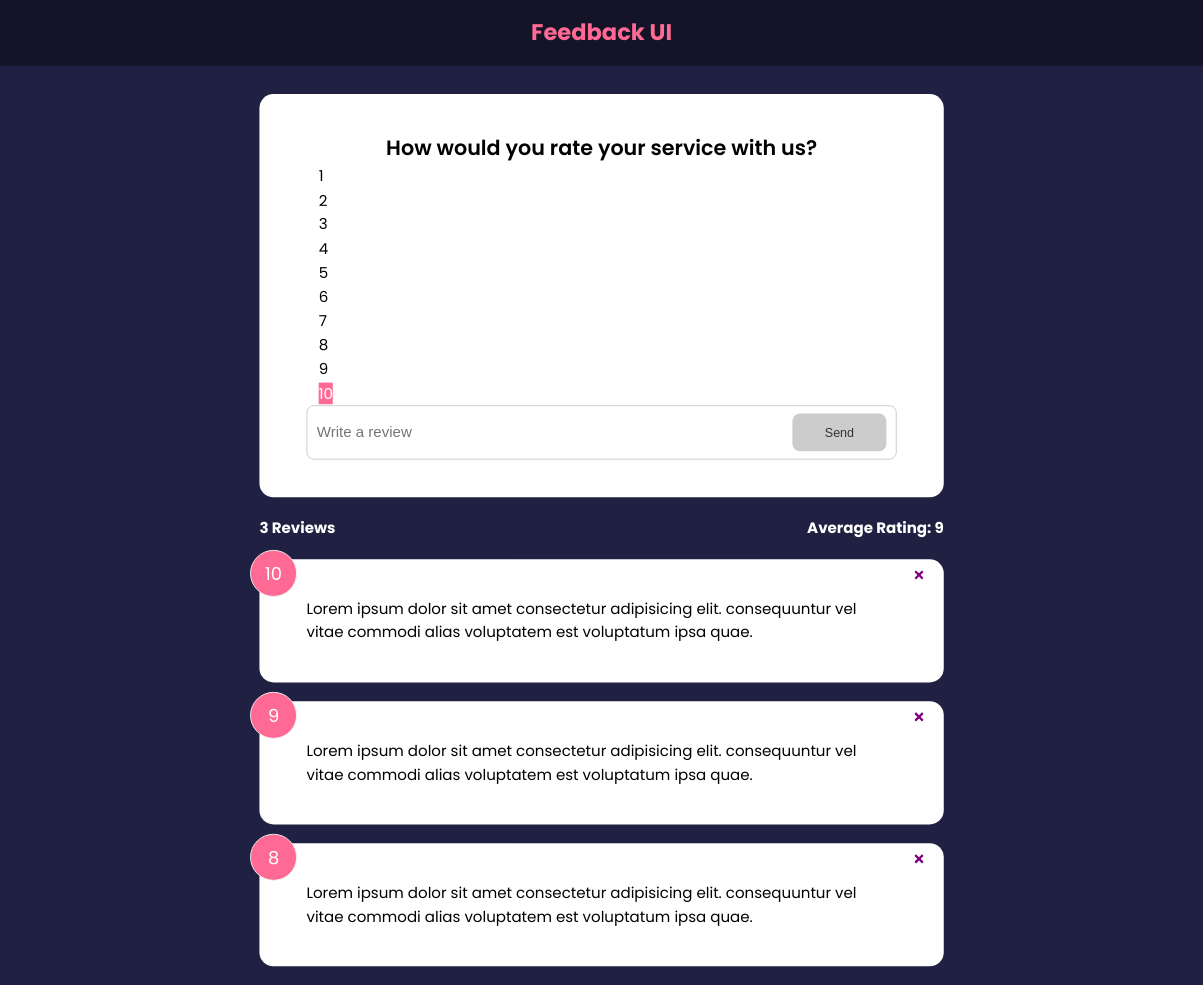
Repository: minhtien9/Feedback_App
Page: /
An editor plug-in stored every save of this project. The page is shown before and after the next save, followed by the edit.
The browser window is 1280 px wide. The pictures show the whole page, at 94% of full size.
The project was rebuilt for these pictures with package versions that can differ from the ones it lists, and the page was loaded fresh each time.

Above is the page before, as saved 2022-02-18 15:23:01.

### src/index.css
@import url('https://fonts.googleapis.com/css2?family=Poppins:wght@400;600;700&display=swap');

* {
    box-sizing: border-box;
    margin: 0;
    padding: 0;
}

body {
    font-family: 'Poppins', sans-serif;
    background-color: #202142;
    color: #fff;
    line-height: 1.6;
}

ul {
    list-style: none;
}

.container {
    max-width: 768px;
    margin: auto;
    padding: 0 20px;
}

header {
    height: 70px;
    width: 100%;
    display: flex;
    justify-content: space-between;
    align-items: center;
    margin-bottom: 30px;
}

.card {
    background-color: #fff;
    color: #333;
    border-radius: 15px;
    padding: 40px 50px;
    margin: 20px 0;
    position: relative;
}

.card.reverse {
    background-color: rgba(0, 0, 0, 0.4);
    color: #fff;
}

.card h2 {
    font-size: 22px;
    font-weight: 600;
    text-align: center;
}

.rating {
    display: flex;
    align-items: center;
    justify-content: space-around;
    margin: 30px 0 40px;
}

.rating li,
.num-display {
    position: relative;
    background: #f4f4f4;
    width: 50px;
    height: 50px;
    padding: 10px;
    text-align: center;
    border-radius: 50%;
    font-size: 19px;
    border: 1px #eee solid;
    transition: 0.3s;
}

.rating li label {
    position: absolute;
    top: 50%;
    left: 50%;
    width: 50px;
    height: 50px;
    padding: 10px;
    border-radius: 50%;
    transform: translate(-50%, -50%);
    cursor: pointer;
}

.rating li:hover,
.num-display {
    background: #ff6a95;
    color: #fff;
}

[type='radio'] {
    opacity: 0;
}

[type='radio']:checked ~ label {
    background: #ff6a95;
    color: #fff;
}

.input-group {
    display: flex;
    flex-direction: row;
    border: 1px solid #ccc;
    padding: 8px 10px;
    border-radius: 8px;
}

input {
    flex-grow: 2;
    border: none;
    font-size: 16px;
}

input:focus {
    outline: none;
}

.feedback-stats {
    color: #fff;
    display: flex;
    justify-content: space-between;
    align-items: center;
}

.num-display {
    position: absolute;
    top: -10px;
    left: -10px;
}

.close,
.edit {
    position: absolute;
    top: 10px;
    right: 20px;
    cursor: pointer;
    background: none;
    border: none;
}

.edit {
    right: 40px;
}

.btn {
    color: #fff;
    border: 0;
    border-radius: 8px;
    color: #fff;
    width: 100px;
    height: 40px;
    cursor: pointer;
}

.btn-primary {
    background-color: #202142;
}

.btn-secondary {
    background: #ff6a95;
}

.btn:hover {
    transform: scale(0.98);
    opacity: 0.9;
}

.btn:disabled {
    background-color: #cccccc;
    color: #333;
    cursor: auto;
}

.btn:disabled:hover {
    transform: scale(1);
    opacity: 1;
}

.message {
    padding-top: 10px;
    text-align: center;
    color: rebeccapurple;
}

/* FIX: Remove position: absolute to keep about icon at the bottom of the
 * document */
.about-link {
    display: flex;
    justify-content: flex-end;
}

/* FIX: Remove position: absolute to keep about icon at the bottom of the
 * document */
.about-link a {
    color: #fff;
    cursor: pointer;
}

.about-link a:hover {
    color: #ff6a95;
}

.about h1 {
    margin-bottom: 20px;
}

.about p {
    margin: 10px 0;
}

@media (max-width: 600px) {
    .rating li {
        margin: 10px 3px;
    }

    .rating {
        display: flex;
        align-items: center;
        justify-content: center;
        flex-wrap: wrap;
        margin: 30px 0 40px;
    }

    .input-group input {
        width: 80%;
    }
}

### src/App.js
import Header from './components/Header'

import FeedbackData from './data/FeedbackData'
import FeedbackList from './components/FeedbackList'

import { useState } from 'react'
import FeedbackStats from './components/FeedbackStats'
import FeedbackForm from './components/FeedbackForm'

function App() {
    const [feedback, setFeedback] = useState(FeedbackData)

    const deleteFeedback = (id) => {
        if (window.confirm('Are you sure you want to delete?')) {
            setFeedback(feedback.filter((item) => item.id !== id))
        }
    }
    return (
        <div className='App'>
            <Header />
            <div className='container'>
                <FeedbackForm />
                <FeedbackStats feedback={feedback} />
                <FeedbackList
                    feedback={feedback}
                    handeDelete={deleteFeedback}
                />
            </div>
        </div>
    )
}

export default App

### src/components/Header.jsx
import React from 'react'
import PropTypes from 'prop-types'

Header.propTypes = {
    text: PropTypes.string,
    bgColor: PropTypes.string,
    textColor: PropTypes.string,
}

Header.defaultProps = {
    text: 'Feedback UI',
    bgColor: 'rgba(0,0,0,0.4)',
    textColor: '#ff6a95',
}

function Header({ text, bgColor, textColor }) {
    const headerStyles = { background: bgColor, color: textColor }
    return (
        <header style={headerStyles}>
            <div className='container'>
                <h2>{text}</h2>
            </div>
        </header>
    )
}

export default Header

### src/data/FeedbackData.js
const FeedbackData = [
    {
        id: 1,
        rating: 10,
        text: 'Lorem ipsum dolor sit amet consectetur adipisicing elit. consequuntur vel vitae commodi alias voluptatem est voluptatum ipsa quae.',
    },
    {
        id: 2,
        rating: 9,
        text: 'Lorem ipsum dolor sit amet consectetur adipisicing elit. consequuntur vel vitae commodi alias voluptatem est voluptatum ipsa quae.',
    },
    {
        id: 3,
        rating: 8,
        text: 'Lorem ipsum dolor sit amet consectetur adipisicing elit. consequuntur vel vitae commodi alias voluptatem est voluptatum ipsa quae.',
    },
]

export default FeedbackData

### src/components/FeedbackList.jsx
import PropTypes from 'prop-types'
import FeedbackItem from './FeedbackItem'

FeedbackList.propTypes = {
    feedback: PropTypes.arrayOf(
        PropTypes.shape({
            id: PropTypes.number.isRequired,
            text: PropTypes.string.isRequired,
            rating: PropTypes.number.isRequired,
        })
    ),
}

function FeedbackList({ feedback, handeDelete }) {
    if (!feedback || feedback.length === 0) return <p>No Feedback Yet</p>
    return (
        <div className='feedback-list'>
            {feedback.map((item) => (
                <FeedbackItem
                    key={item.id}
                    item={item}
                    handeDelete={handeDelete}
                />
            ))}
        </div>
    )
}

export default FeedbackList

### src/components/FeedbackStats.jsx
import React from 'react'
import PropTypes from 'prop-types'

FeedbackStats.propTypes = {
    feedback: PropTypes.array.isRequired,
}

function FeedbackStats({ feedback }) {
    let average =
        feedback.reduce((acc, cur) => {
            return acc + cur.rating
        }, 0) / feedback.length

    average = average.toFixed(1).replace(/[.,]0$/, '')
    return (
        <div className='feedback-stats'>
            <h4>{feedback.length} Reviews</h4>
            <h4>Average Rating: {isNaN(average) ? 0 : average}</h4>
        </div>
    )
}

export default FeedbackStats

### src/components/FeedbackForm.jsx
import { useState } from 'react'
import Button from './UI/Button'
import Card from './UI/Card'
import RatingSelect from './RatingSelect'

FeedbackForm.propTypes = {}

function FeedbackForm(props) {
    const [text, setText] = useState('')
    const [btnDisabled, setBtnDisabled] = useState(true)
    const [message, setMessage] = useState('')

    const handleTextChange = (e) => {
        if (text === '') {
            setBtnDisabled(true)
            setMessage(null)
        } else if (text !== '' && text.trim().length <= 10) {
            setMessage('Text must be at least 10 characters')
            setBtnDisabled(true)
        } else {
            setBtnDisabled(false)
            setMessage(null)
        }
        setText(e.target.value)
    }
    return (
        <Card>
            <form>
                <h2>How would you rate your service with us?</h2>

                <RatingSelect />
                <div className='input-group'>
                    <input
                        onChange={handleTextChange}
                        type='text'
                        placeholder='Write a review'
                        value={text}
                    />
                    <Button type='submit' isDisabled={btnDisabled}>
                        Send
                    </Button>
                </div>
                {message && <div className='message'>{message}</div>}
            </form>
        </Card>
    )
}

export default FeedbackForm

### src/components/FeedbackItem.jsx
import { FaTimes } from 'react-icons/fa'
import PropTypes from 'prop-types'
import Card from './UI/Card'

FeedbackItem.propTypes = {
    item: PropTypes.object.isRequired,
}

function FeedbackItem({ item, handleDelete }) {
    return (
        <Card>
            <div className='num-display'>{item.rating}</div>
            <button onClick={() => handleDelete(item.id)} className='close'>
                <FaTimes color='purple' />
            </button>
            <div className='text-display'>{item.text}</div>
        </Card>
    )
}

export default FeedbackItem

### src/components/UI/Button.jsx
import React from 'react'
import PropTypes from 'prop-types'

Button.propTypes = {
    children: PropTypes.node.isRequired,
    version: PropTypes.string,
    type: PropTypes.string,
    isDisabled: PropTypes.bool,
}

Button.defaultProps = {
    version: 'primary',
    type: 'button',
    isDisabled: false,
}

function Button({ children, version, type, isDisabled }) {
    return (
        <button
            type={type}
            disabled={isDisabled}
            className={`btn btn-${version}`}
        >
            {children}
        </button>
    )
}

export default Button

### src/components/UI/Card.jsx
import React from 'react'
import PropTypes from 'prop-types'

Card.propTypes = {
    children: PropTypes.node.isRequired,
    reverse: PropTypes.bool,
}

Card.defaultProps = {
    reverse: false,
}

function Card({ children, reverse }) {
    return (
        <div
            className='card'
            style={{
                backgroundColor: reverse ? 'rgba(0,0,0,0.4)' : '#fff',
                color: reverse ? '#fff' : '#000',
            }}
        >
            {children}
        </div>
    )
}

export default Card

### src/components/RatingSelect.jsx
import { useState } from 'react'

function RatingSelect({ select }) {
    const [selected, setSelected] = useState(10)

    const handleChange = (e) => {
        setSelected(+e.target.value)
    }
    return (
        <ul>
            <li>
                <input
                    type='radio'
                    id='num1'
                    name='rating'
                    value='1'
                    onChange={handleChange}
                    checked={selected === 1}
                />
                <label htmlFor='num1'>1</label>
            </li>
            <li>
                <input
                    type='radio'
                    id='num2'
                    name='rating'
                    value='2'
                    onChange={handleChange}
                    checked={selected === 2}
                />
                <label htmlFor='num2'>2</label>
            </li>
            <li>
                <input
                    type='radio'
                    id='num3'
                    name='rating'
                    value='3'
                    onChange={handleChange}
                    checked={selected === 3}
                />
                <label htmlFor='num3'>3</label>
            </li>
            <li>
                <input
                    type='radio'
                    id='num4'
                    name='rating'
                    value='4'
                    onChange={handleChange}
                    checked={selected === 4}
                />
                <label htmlFor='num4'>4</label>
            </li>
            <li>
                <input
                    type='radio'
                    id='num5'
                    name='rating'
                    value='5'
                    onChange={handleChange}
                    checked={selected === 5}
                />
                <label htmlFor='num5'>5</label>
            </li>
            <li>
                <input
                    type='radio'
                    id='num6'
                    name='rating'
                    value='6'
                    onChange={handleChange}
                    checked={selected === 6}
                />
                <label htmlFor='num6'>6</label>
            </li>
            <li>
                <input
                    type='radio'
                    id='num7'
                    name='rating'
                    value='7'
                    onChange={handleChange}
                    checked={selected === 7}
                />
                <label htmlFor='num7'>7</label>
            </li>
            <li>
                <input
                    type='radio'
                    id='num8'
                    name='rating'
                    value='8'
                    onChange={handleChange}
                    checked={selected === 8}
                />
                <label htmlFor='num8'>8</label>
            </li>
            <li>
                <input
                    type='radio'
                    id='num9'
                    name='rating'
                    value='9'
                    onChange={handleChange}
                    checked={selected === 9}
                />
                <label htmlFor='num9'>9</label>
            </li>
            <li>
                <input
                    type='radio'
                    id='num10'
                    name='rating'
                    value='10'
                    onChange={handleChange}
                    checked={selected === 10}
                />
                <label htmlFor='num10'>10</label>
            </li>
        </ul>
    )
}

export default RatingSelect

Loaded but not shown: public/index.html (common file); src/index.js (common file)

After the next save:
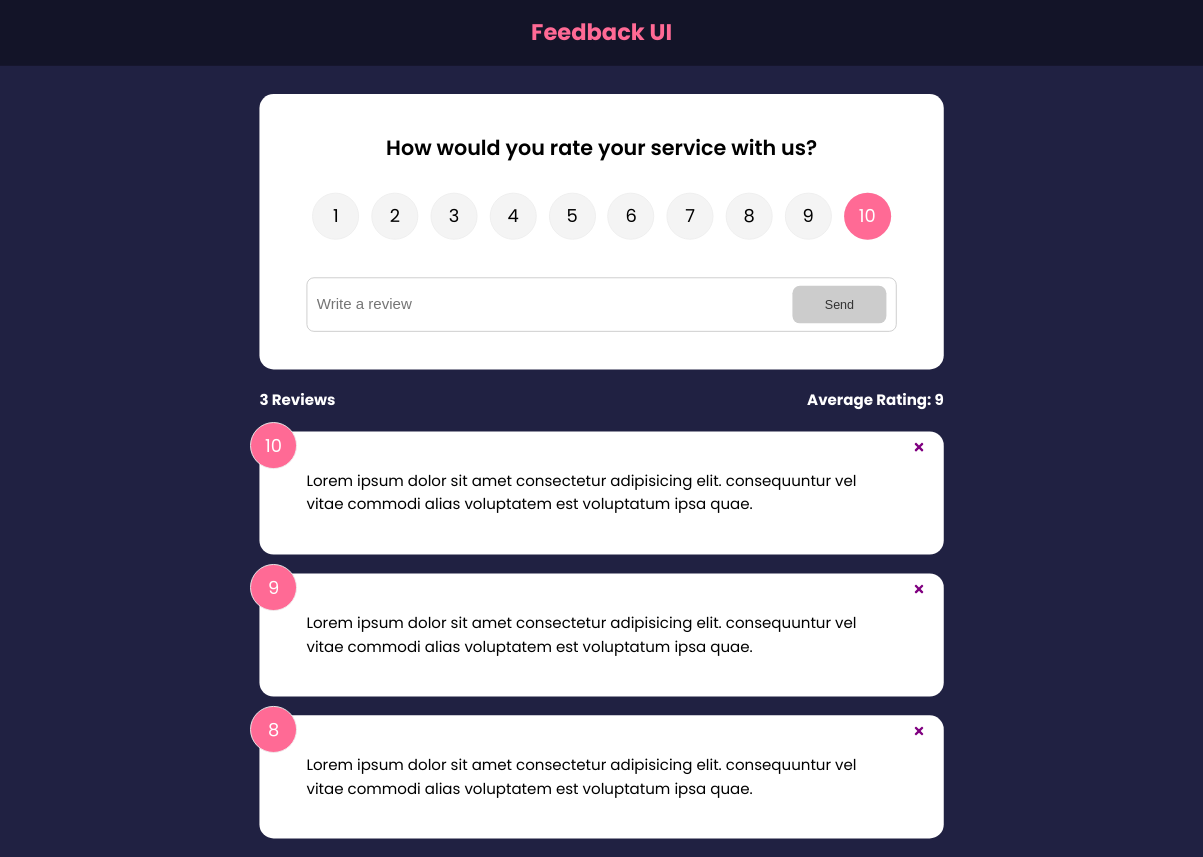
Saved 21 s later.
--- a/src/components/RatingSelect.jsx
+++ b/src/components/RatingSelect.jsx
@@ -7,7 +7,7 @@ function RatingSelect({ select }) {
         setSelected(+e.target.value)
     }
     return (
-        <ul>
+        <ul className='rating'>
             <li>
                 <input
                     type='radio'
